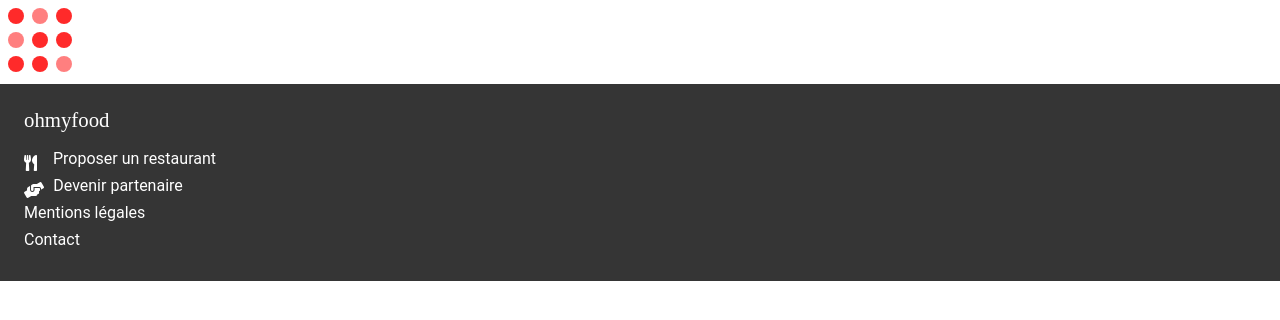
Repository: AlexisTisserand/AlexisTisserand_3_24112020
Page: index.html
These files come from the project's save history. The page is drawn as it stood at one moment and after the next save; the edit follows.
The browser window is 1280 px wide. The pictures show the whole page.
Some web libraries are served in a nearby version. The style sheet was rebuilt from its Sass, Less or Tailwind sources for each picture, by a compiler version that may differ from the author's.

Above is the page before, as saved 2020-12-09 14:38:43.

### index.html
<!DOCTYPE html>
<html lang="fr">

<head>
    <meta charset="UTF-8"/>
    <meta name="viewport" content="width=device-width, initial-scale=1">
    <meta name="descritpion" content="Site internet ohmyfood, composez votre menu et réservez dans les meilleurs restaurants de Paris.">
    <meta name="author" content="Alexis Tisserand">
    <link rel="stylesheet" href="https://use.fontawesome.com/releases/v5.4.1/css/all.css" integrity="sha384-5sAR7xN1Nv6T6+dT2mhtzEpVJvfS3NScPQTrOxhwjIuvcA67KV2R5Jz6kr4abQsz" crossorigin="anonymous">
    <link rel="stylesheet" href="style.css"/>
    <title>ohmyfood - Accueil</title>
</head>

<!--bloc_page-->
<body>

<!--LOADING SPINNER-->
<div class="lds-grid"><div></div><div></div><div></div><div></div><div></div><div></div><div></div><div></div><div></div></div>


<div id="bloc-page">

<!--HEADER-->

<header>

    <div class="logo">
        <img src="images/logo/ohmyfood@2x.svg" alt="Logo ohmyfood"/>
    </div>
    <div class="search-bar">
        <div class="search-bar-button"><i class="fas fa-map-marker-alt"></i></div>
        <input type="search" class="search-bar-text-input" placeholder="Saisissez votre ville" value="Paris, Belleville">
    </div>
</header>

<section id="description-ohmyfood">
    <h2>Réservez le menu qui vous convient</h2>
    <h3>Découvrez des restaurants d'exception, sélectionnés par nos soins.</h3>
    <button class="description-ohmyfood-explorer" type="button">Explorez nos restaurants</button>
</section>

<section id="fonctionnement">
    <h2>Fonctionnement</h2>
    <nav>
        <ul class="fonctionnement-nav">
            <li class="fonctionnement-nav-etape ">
                <span>1</span>
                <i class="fas fa-mobile-alt"></i>
                <h4>Choisissez un restaurant</h4>
            </li>
            <li class="fonctionnement-nav-etape ">
                <span>2</span>
                <i class="fas fa-list-ul"></i>
                <h4>Composez votre menu</h4>
            </li>
            <li class="fonctionnement-nav-etape active">
                <span>3</span>
                <i class="fas fa-store"></i>
                <h4>Dégustez au restaurant</h4>
            </li>
        </ul>
    </nav>
</section>

<section id="restaurants">

        <h2>Restaurants</h2>

        <a href="menu-la-palette-du-gout.html" class="card-restaurant">
            <img class="card-restaurant-img" src="images/restaurants/la_palette_du_gout-min.jpg" alt="La Palette du Goût"/>
            <div class="card-restaurant-nouveau">Nouveau</div>
            <div class="card-restaurant-legende">
                <div class="card-restaurant-legende-text">
                    <h4>La palette du goût</h4>
                    <h5>Ménilmontant</h5>
                </div>
                <div class="card-restaurant-legende-heart">
                    <span class="fa-stack">
                        <i class="far fa-heart fa-stack-2x"></i>
                    </span>
                </div>
            </div>
        </a>

        <a href="menu-la-note-enchantee.html" class="card-restaurant">
            <img class="card-restaurant-img" src="images/restaurants/la_note_enchantee-min.jpg" alt="La Note Enchantée"/>
            <div class="card-restaurant-nouveau">Nouveau</div>
            <div class="card-restaurant-legende">
                <div class="card-restaurant-legende-text">
                    <h4>La note enchantée</h4>
                    <h5>Charonne</h5>
                </div>
                <div class="card-restaurant-legende-heart">
                    <span class="fa-stack">
                        <i class="far fa-heart fa-stack-2x"></i>
                    </span>
                </div>
            </div>
        </a>

        <a href="menu-a-la-francaise.html" class="card-restaurant">
            <img class="card-restaurant-img" src="images/restaurants/a_la_française-min.jpg" alt="À La Française"/>
            <div class="card-restaurant-legende">
                <div class="card-restaurant-legende-text">
                    <h4>À la française</h4>
                    <h5>Cité Rouge</h5>
                </div>
                <div class="card-restaurant-legende-heart">
                    <span class="fa-stack">
                        <i class="far fa-heart fa-stack-2x"></i>
                    </span>
                </div>
            </div>
        </a>

        <a href="menu-le-delice-des-sens.html" class="card-restaurant">
            <img class="card-restaurant-img" src="images/restaurants/le_delice_des_sens-min.jpg" alt="Le Délice Des Sens"/>
            <div class="card-restaurant-legende">
                <div class="card-restaurant-legende-text">
                    <h4>Le délice des sens</h4>
                    <h5>Folie-Méricourt</h5>
                </div>
                <div class="card-restaurant-legende-heart">
                    <span class="fa-stack">
                        <i class="far fa-heart fa-stack-2x"></i>
                    </span>
                </div>
            </div>
        </a>
</section>

</div>

<footer>
    <h2>ohmyfood</h2>
    <div class="footer-img-text">
        <i class="fas fa-utensils"></i>
        <a href="#"><h3>Proposer un restaurant</h3></a>
    </div>
    <div class="footer-img-text">
        <i class="fas fa-hands-helping"></i>
        <a href="#"><h3>Devenir partenaire</h3></a>
    </div>
    <a href="#"><h3>Mentions légales</h3></a>
    <a href="mailto:ohmyfood@outlook.com"><h3>Contact</h3></a>
</footer>


</body>
</html>

### sass/style.scss
/*COULEURS VARIABLES*/
$primary: #9356DC;
$secondary: #FF79DA;
$tertiary: #99E2D0;
$color-text: #353535;
$color-background: #f6f6f6;
$color-box-shadow :#e5e5e5;

.lds-grid {
    display: inline-block;
    position: relative;
    width: 80px;
    height: 80px;
    margin: auto;

  }
  .lds-grid div {
    position: absolute;
    width: 16px;
    height: 16px;
    border-radius: 50%;
    background: red;
    animation: lds-grid 1.2s linear infinite;
  }
  .lds-grid div:nth-child(1) {
    top: 8px;
    left: 8px;
    animation-delay: 0s;
  }
  .lds-grid div:nth-child(2) {
    top: 8px;
    left: 32px;
    animation-delay: -0.4s;
  }
  .lds-grid div:nth-child(3) {
    top: 8px;
    left: 56px;
    animation-delay: -0.8s;
  }
  .lds-grid div:nth-child(4) {
    top: 32px;
    left: 8px;
    animation-delay: -0.4s;
  }
  .lds-grid div:nth-child(5) {
    top: 32px;
    left: 32px;
    animation-delay: -0.8s;
  }
  .lds-grid div:nth-child(6) {
    top: 32px;
    left: 56px;
    animation-delay: -1.2s;
  }
  .lds-grid div:nth-child(7) {
    top: 56px;
    left: 8px;
    animation-delay: -0.8s;
  }
  .lds-grid div:nth-child(8) {
    top: 56px;
    left: 32px;
    animation-delay: -1.2s;
  }
  .lds-grid div:nth-child(9) {
    top: 56px;
    left: 56px;
    animation-delay: -1.6s;
  }
  @keyframes lds-grid {
    0%, 100% {
      opacity: 1;
    }
    50% {
      opacity: 0.5;
    }
  }

/*VARIABLES TAILLE ET FONT FAMILY*/
$font-family: 'roboto', 'Raleway', 'Trebuchet MS', 'Lucida Sans Unicode', 'Lucida Grande', 'Lucida Sans', Arial, sans-serif;;
$size: 1rem;

/*Extensions*/
.box-shadow{
    box-shadow: 0px 0px 8px 1px $color-box-shadow;
    color: $color-text;
    border: none;
    border-radius: 25px;
    width: 350px;
    background-color: $color-background;
}

.margin-plats{
    margin: 0.5rem 0 0rem 0.9rem;
}

.cercle{
    background-color: $primary;
    color: white;
    padding: 8px;
    border-radius: 50px;
    margin-right: 25px;
    margin-left: -15px;
    width: 15px;
    height: 15px;
    text-align: center;
    align-content: center;
    font-size: $size;
    line-height: 15px;
    font-weight: light;
}

/*KEYFRAMES*/

@keyframes fadein{
    from{
        opacity: 0.4;
    }
    to{
        opacity: 1;
    }
}

body{
    background-color: white;
    font-family: $font-family;
    margin: auto;
}

#bloc-page{
    display: none;
}

a{
    text-decoration: none;
    color: black;
}

#bloc-page{
    width: 100%;
    margin: auto;
    max-width: 2000px;
    min-width: 100px;
}

/*HEADER*/

header{
    text-align: center;
    .logo{
        margin-top: $size + 1rem;
        img{
            width: $size + 10rem;
        }
    }
}

.search-bar{
    display: flex;
    background-color: #EAEAEA;
    box-shadow: 0px -2px 5px 0px #CFCFCF;
    height: $size + 2rem;
    margin-top: 1rem;
    align-items: center;
    justify-content: center;
    .fas{
        font-size: $size;
        margin-bottom: 1rem;
    }
    .search-bar-button{
        color: $color-text;
        font-size: $size + 0.5rem;
    }
    .search-bar-text-input{
        outline: none;
        padding: 0;
        background-color: #EAEAEA;
        border: none;
        color: $color-text;
        font-size: $size;
        font-weight: bold;
        text-align: center;
        width: 180px;
    }
}

/*SECTION DESCRIPTION*/

#description-ohmyfood{
    display: flex;
    flex-direction: column;
    background-color: $color-background;
    align-items: center;
    text-align: center;
    h2{
        font-size: $size + 0.7rem ;
        padding: $size;
        margin-bottom: 0;
        margin-top: $size + 0.5rem;
    }
    h3{
        font-size: $size + 0.2rem ;
        font-weight: 300;
        margin-top: 0;
        padding: $size - 0.5rem, $size + 1rem ;
    }
    button{
        font-size: $size + 0.1rem;
        margin-top: $size;
        font-weight: normal;
        color: white;
        background: linear-gradient($secondary, $primary);
        position: relative;
        border: none;
        box-shadow: 0px 0px 10px 1px #b6b3b3;
        border-radius: 40px;
        padding: 15px 20px;
        margin-bottom: $size + 2.5rem;
        transition: transform ease-in-out 500ms, opacity ease-in-out 500ms, box-shadow ease-in-out 500ms ;
        &:hover{
            opacity: 0.7;
            box-shadow: 0px 0px 7px 3px #484B4C;
            transform: scale(1.1);
            cursor: pointer;

        }
        &:active{
            border-style: none;
        }
        &:focus{
            outline:none;
        }
    }
}

/*FONCTIONNEMENT*/

#fonctionnement{
    display: flex;
    align-items: center;
    flex-direction: column;
    background-color: white;
    h2{
        margin: 3*$size $size $size;
    }
    ul{
        padding: 10px;
        margin-top: - $size;
    }
}

.fonctionnement-nav{
    display: flex;
    flex-wrap: wrap;
    justify-content: space-around;
    &-etape{
        display: flex;
        flex-direction: row;
        align-items: center;
        margin: 15px 30px ;
        transition: background-color ease-in-out 200ms, box-shadow ease-in-out 200ms, transform ease-in-out 200ms;
        @extend .box-shadow;
        &:hover{
        background-color: rgba($color:$primary, $alpha: 0.15);
        transform: scale(1.01);
        cursor: pointer;
        &:hover .fas{
        color: $primary;
        }
    }
    span{
        @extend .cercle;
    }
    .fas{
        margin-right: 15px;
        color: #7e7e7e;
        font-size: $size + 0.2rem;
        margin-right: $size;
        }
    }
    &-etape.active{
        background-color: rgba($color:$primary, $alpha: 0.15);
        .fas{
            color: $primary;
        }
    }
}

/*RESTAURANTS*/

#restaurants{
    display: flex;
    flex-direction: column;
    background-color: $color-background;
    padding-bottom: $size + 0.5rem;
    h2{
        margin: 3*$size $size $size;
    }
}

.card-restaurant{
    display: flex;
    position: relative;
    z-index: 1;
    flex-direction: column;
    background-color: white;
    border-radius: 20px;
    box-shadow: 0px 0px 8px 1px $color-box-shadow;
    margin: 15px;
    box-sizing: border-box;
    transition: ease-in-out 200ms;
    &:hover{
        transform: scale(1.01);
    }
    img{
    height: 200px;
    position: relative;
    z-index: 1;
    object-fit: cover;
    width: 100%;
    border-radius: 1rem 1rem 0 0;
    }
    &-nouveau{
        background-color: $tertiary;
        color: #39a98e;
        position: absolute;
        top: 8px;
        right: 16px;
        padding: 7px;
        border-radius: 5px;
        z-index: 2;
    }
    &-legende{
        display: flex;
        flex-direction: row;
        justify-content: space-between;
        &-text{
            display: flex;
            flex-direction: column;
            margin-left: $size;
            h4{
                font-size: $size + 0.2rem;
                margin-top: $size;
                margin-bottom: 0;
            }
            h5{
                margin-top: 0.2 * $size;
                margin-bottom: $size;
                font-weight: 300;
                font-size: $size + 0.1rem;
            }
        }
        &-heart{
            align-self: center;
            margin-right: 2 * $size;
            .far{
                &:hover{
                font-weight: 900;
                background:-moz-linear-gradient(top, $primary 0%, $secondary 100%);
                background: -webkit-linear-gradient(top, $primary 0%, $secondary 100%);
                background: linear-gradient(to bottom, $primary 0%, $secondary 100%);
                -webkit-background-clip: text;
                -moz-background-clip: text;
                background-clip: text;
                -webkit-text-fill-color: transparent;
                transition: font-weight ease-in-out 0s ;
                animation: fadein 900ms;
                background-position: 0 100%;
                cursor: pointer;
                }
            }
        }
    }
}

/*FOOTER*/

footer{
    padding: $size + 0.5rem;
    background-color: $color-text;
    color: white;
    h2{
        font-family: 'Shrikhand';
        font-weight: normal;
        font-size: $size + 0.3rem;
        margin-top: 0;
    }
    h3{
        margin: 0;
        font-weight: 400;
        margin-bottom: 0.5 * $size;
        font-size: initial;
    }
    .footer-img-text{
        display: flex;
        flex-direction: row;
        align-items: center;
        .fas{
            margin-right: $size;
            &.fa-hands-helping{
                margin-right: 0.58* $size;
            }
        }
    }
    a{
        color: white;
    }
}

/*********************************************************/
/*MEDIA QUERIES ACCUEIL*/
/*********************************************************/

/*LARGE DEVICES*/
@media screen and (min-width: 1268px){

    #restaurants{
        display: grid;
        grid-template-columns: repeat(4, 1fr);
        grid-template-rows: auto auto auto ;
        margin-bottom: 0px;
    }   h2{
        grid-column: 1/-1;
    }
}

/*MEDIUM DEVICES*/
@media screen and (max-width: 1267px){

    .fonctionnement-nav{
        justify-content: center;
        &-etape{
            width: 100%;
        }
    }

    #restaurants{
        display: grid;
        grid-template-columns: repeat(2, 1fr);
        grid-template-rows: auto auto auto ;
        h2{
            grid-column: 1/-1;
        }
    }
}

/*SMALL DEVICES*/
@media screen and (max-width: 660px){
    .fonctionnement-nav-etape{
        width: 100%;
    }

    #restaurants{
        display: grid;
        grid-template-columns: 1fr;
        grid-template-rows: auto auto auto ;
        h2{
            grid-column: 1/-1;
        }
    }
}

/*********************************************************/
/*MENU*/
/*********************************************************/

header{
    a{
        position: absolute;
        left: $size;
        color: $color-text;
        font-size: $size + 0.3rem;
        transition: opacity 0.5s;

        &:hover{
            opacity: 0.5;
        }
    }
}

.restaurant-img{
    img{
        object-fit: cover;
        width: 100%;
        height: 300px;
        margin-top: $size;
        position: relative;
        z-index: 0;
    }
}

.restaurant-menu{
    background-color: $color-background;
    border-radius: 50px 50px 0 0;
    margin-top: - 3rem;
    position: relative;
    display: flex;
    z-index: 1;
    flex-direction: column;
    width: 100%;
    &--titre{
        display: flex;
        flex-direction: row;
        justify-content: center;
        align-items: center;
        margin-top: $size;
        h2{
            font-family: 'Shrikhand';
            font-size: $size + 1rem;
            margin-right: $size + 0.5rem;
            margin-left: $size;
        }
    }
    &-carte{
        display: flex;
        flex-direction: row;
        flex-wrap: wrap;
    }
    h3{
        font-weight: 300;
        font-size: $size + 0.1rem;
        margin-left: $size;
        border-bottom: $tertiary 3px solid;
        width: 45px;
        padding-bottom: 10px;
    }
    &--plats{
        display: grid;
        grid-template-columns: 2.3fr 0.3fr 0.3fr;
        grid-template-rows: repeat(2, 1fr);
        gap: 0px 0px;
        background-color: white;
        box-shadow: 0px 0px 8px 1px $color-box-shadow;
        color: $color-text;
        border: none;
        border-radius: 13px;
        margin: 0 $size $size $size;
        width: 100%;
        cursor: pointer;
        overflow: hidden;
        text-overflow: ellipsis;
        &:hover .fas {
            transform: rotate(360deg);
        }
        &:hover &--checkbox{
            transform: translateX(0%);
        }
        &:hover &--prix{
            margin-right: 30%;
        }
        &--name{
            grid-area: 1 / 1 / 2 / 3;
        }
        &--accompagnements{
            grid-area: 2 / 1 / 3 / 2;
            display: flex;
            flex-direction: row;
            align-content: center;
            justify-content: space-between;
            h5{
                font-weight: 300;
                margin: 0rem 0 0.5rem 0.9rem;
                font-size: 1rem;
            }
        }
        &--prix{
            grid-area: 2 / 2 / 3 / 4;
            transition: margin-right 1s;
            p{
                font-weight: bold;
                margin: 0 ;
                text-align: end;
                margin-right: $size;
            }
        }
        &--checkbox{
            background-color: $tertiary;
            grid-area: 1 / 3 / 3 / 4;
            border-radius: 0 13px 13px 0;
            text-align: center;
            transform: translateX(100%);
            transform-origin: 100% 50%;
            transition: transform 1s;

            .fas{
                font-size: xx-large;
                margin: $size;
                color: white;
                transition: transform 1s;
            }
        }
        h4{
        @extend .margin-plats;
        font-size: $size + 0.1rem;
        }
    }
    button{
        width: 200px;
        align-self: center;
        font-size: $size + 0.1rem;
        margin-top: 3 * $size;
        font-weight: normal;
        color: white;
        background: linear-gradient($secondary, $primary);
        position: relative;
        border: none;
        box-shadow: 0px 0px 10px 1px #b6b3b3;
        border-radius: 40px;
        padding: 15px 20px;
        margin-bottom: 4 * $size;
        transition: transform ease-in-out 500ms, opacity ease-in-out 500ms, box-shadow ease-in-out 500ms ;
        &:hover{
            opacity: 0.7;
            box-shadow: 0px 0px 7px 3px #484B4C;
            transform: scale(1.1);
            cursor: pointer;
        }
        &:active{
            border-style: none;
        }
        &:focus{
            outline:none;
        }
    }
}


/*********************************************************/
/*MEDIA QUERIES MENUS*/
/*********************************************************/

/*LARGE DEVICES*/
@media screen and (min-width:660px){
    .restaurant-menu--titre{
        justify-content: space-between;
    }

    .restaurant-menu--plats{
        width: 100%;
    }

}

/*MEDIUM DEVICES*/
@media screen and (max-width: 1267px){


}

/*SMALL DEVICES*/
@media screen and (max-width: 660px){


}

After the next save:
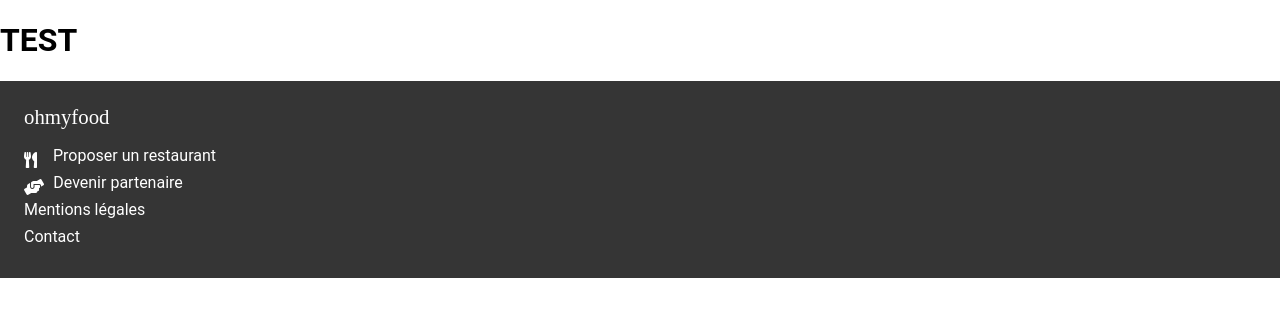
Saved 2 min 32 s later.
--- a/index.html
+++ b/index.html
@@ -15,8 +15,7 @@
 <body>
 
 <!--LOADING SPINNER-->
-<div class="lds-grid"><div></div><div></div><div></div><div></div><div></div><div></div><div></div><div></div><div></div></div>
-
+<h1>TEST</h1>
 
 <div id="bloc-page">
 
